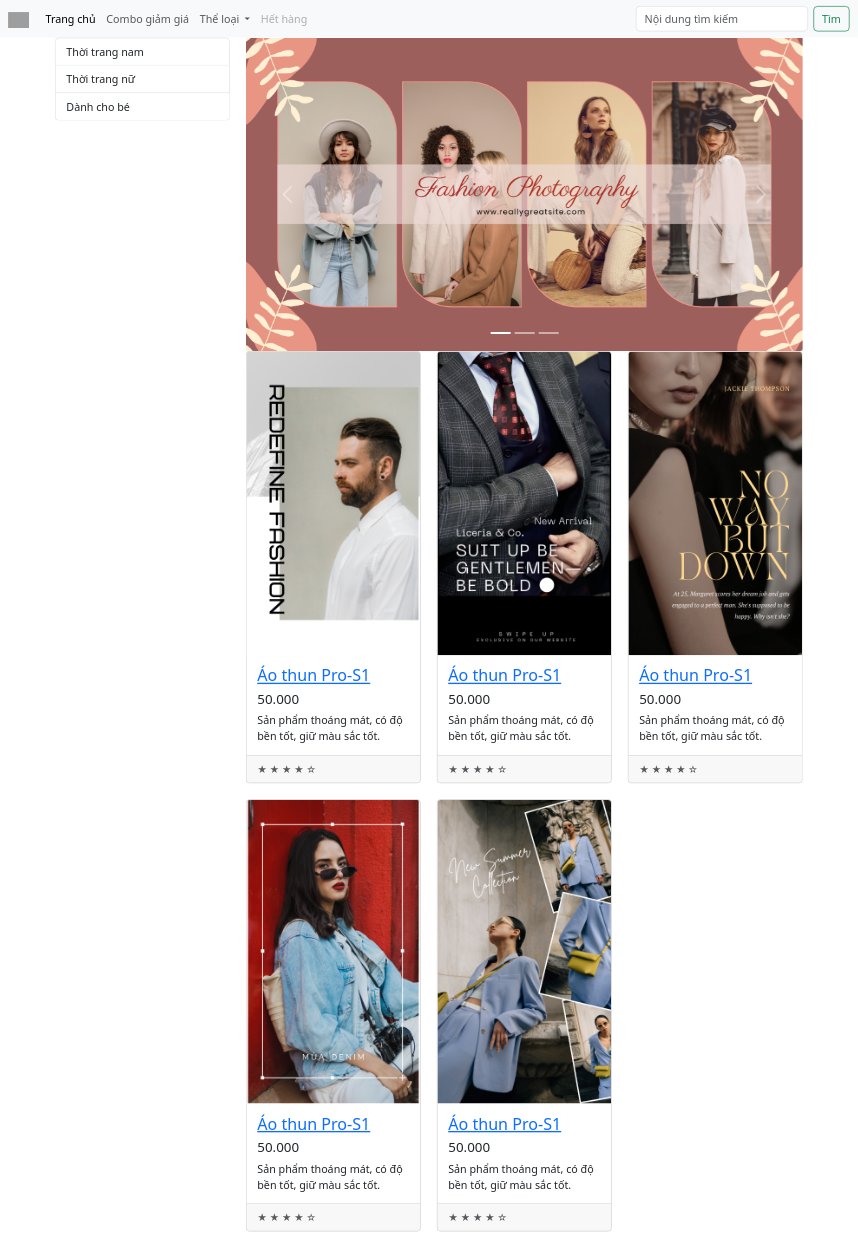
Repository: vnmk1/jsp_servlet-tutorials
Page: Bai4_Bootstrap/src/main/webapp/index.html
The author's editor kept a copy of each file at every save. The page is drawn from the files as they stood at one save, then again after the next save.
The browser window is 1280 px wide. The pictures show the whole page, at 67% of full size.
Pictures or frames that could not be fetched are drawn as grey boxes.

Above is the page before, as saved 2023-07-17 09:38:10.

After the next save:
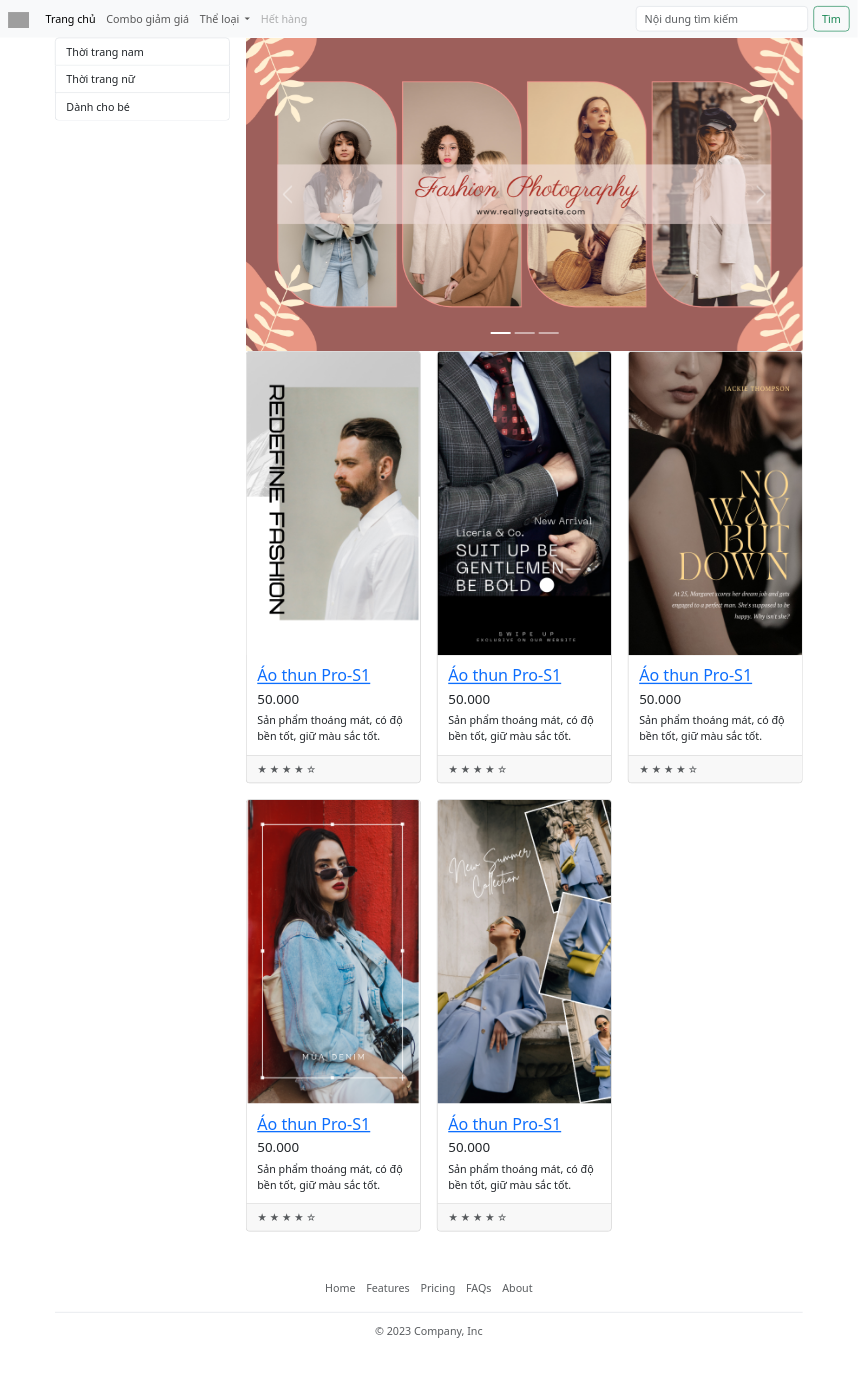
Saved 4 min 33 s later.
--- a/Bai4_Bootstrap/src/main/webapp/index.html
+++ b/Bai4_Bootstrap/src/main/webapp/index.html
@@ -197,7 +197,16 @@
 		</div>
 		<!-- End Slider and Products -->
 </div>
-
+<footer class="py-3 my-4">
+    <ul class="nav justify-content-center border-bottom pb-3 mb-3">
+      <li class="nav-item"><a href="#" class="nav-link px-2 text-body-secondary">Home</a></li>
+      <li class="nav-item"><a href="#" class="nav-link px-2 text-body-secondary">Features</a></li>
+      <li class="nav-item"><a href="#" class="nav-link px-2 text-body-secondary">Pricing</a></li>
+      <li class="nav-item"><a href="#" class="nav-link px-2 text-body-secondary">FAQs</a></li>
+      <li class="nav-item"><a href="#" class="nav-link px-2 text-body-secondary">About</a></li>
+    </ul>
+    <p class="text-center text-body-secondary">© 2023 Company, Inc</p>
+  </footer>
 <!-- End -->
 </body>
 </html>
